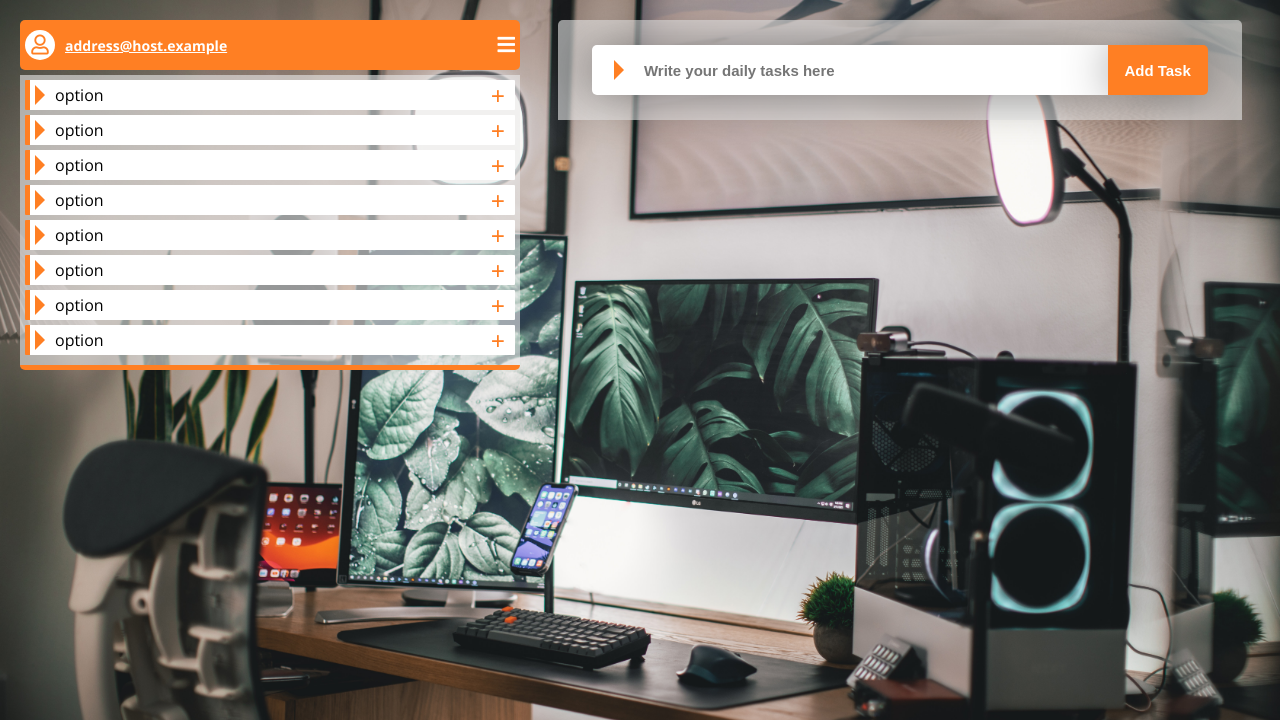
Repository: OmarEssameldinMousa/To-do-list-level01
Page: index.html
An editor plug-in stored every save of this project. The page is shown before and after the next save, followed by the edit.
The browser window is 1280 px wide. The pictures show the whole page.

Above is the page before, as saved 2023-08-10 01:31:58.

After the next save:
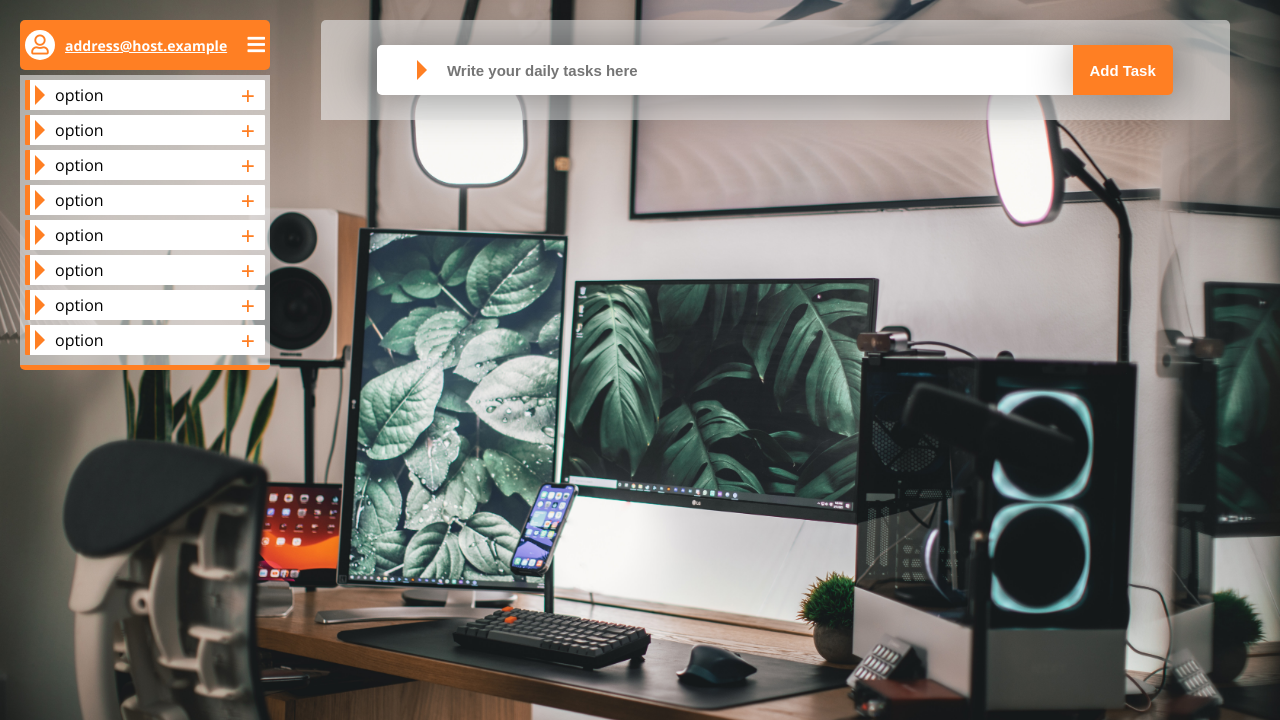
Saved 4 s later.
--- a/main.css
+++ b/main.css
@@ -33,7 +33,7 @@ ul {
 }
 
 .nav {
-    width: 500px;
+    width: 250px;
     height: 100%;
     position: relative;
     margin-top: 20px;
